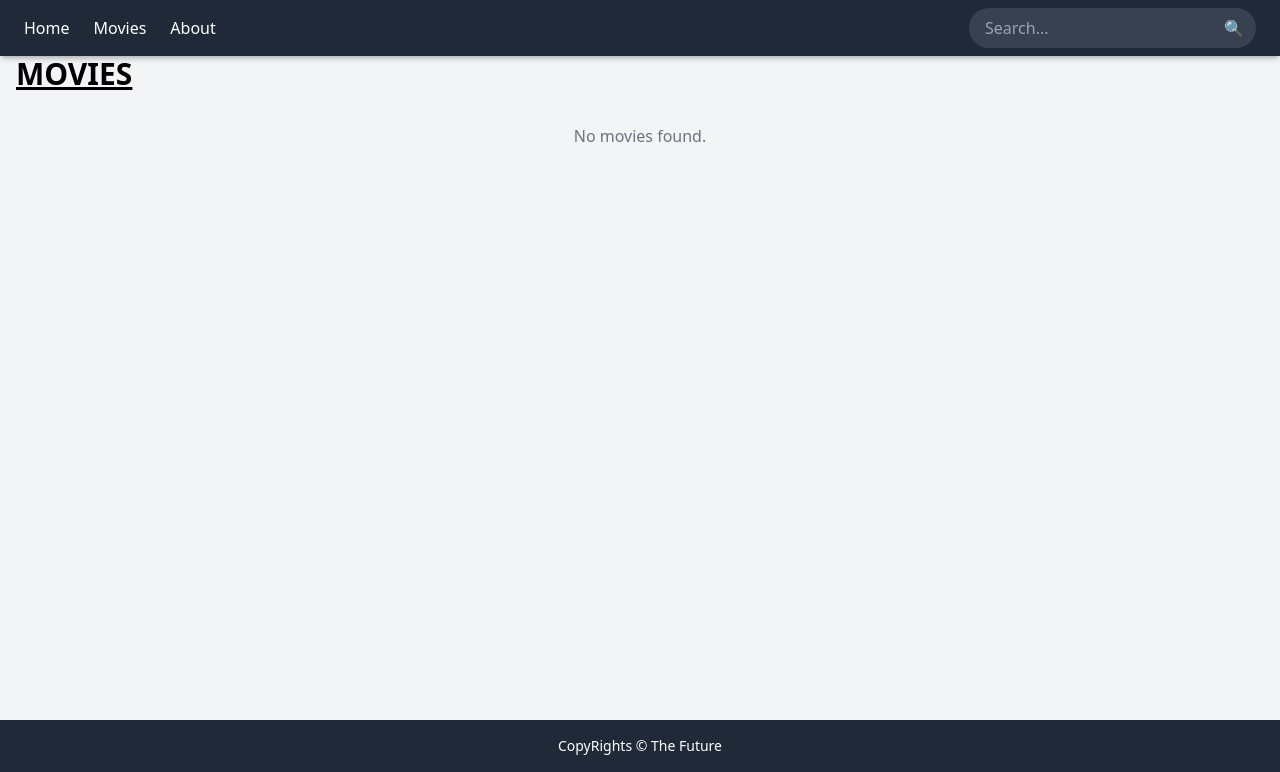
Repository: TheSecretlifeOfX/Movie-Rating
Page: /movies
An editor plug-in stored every save of this project. The page is shown before and after the next save, followed by the edit.
The browser window is 1280 px wide. The pictures show the whole page.
The page's requests for data from a server got no answer. The project was rebuilt for these pictures with package versions that can differ from the ones it lists, and the page was loaded fresh each time. The framework's server and built-in components were replaced by stand-ins that run in the browser. No one was signed in, and anything a server would have sent is missing. Also part of the build but not shown: next.config.ts.

Above is the page before, as saved 2024-11-30 10:09:33.

### app/layout.tsx
'use client';
// import type { Metadata } from "next";
import { metadata } from "./components/metadata";
import localFont from "next/font/local";
import "./globals.css";
import NavBar from "./components/NavBar";
import Footer from "./components/Footer";
import { useState } from "react";

const geistSans = localFont({
  src: "./fonts/GeistVF.woff",
  variable: "--font-geist-sans",
  weight: "100 900",
});
const geistMono = localFont({
  src: "./fonts/GeistMonoVF.woff",
  variable: "--font-geist-mono",
  weight: "100 900",
});

// export const metadata: Metadata = {
//   title: "Create Next App",
//   description: "Generated by create next app",
// };

export default function RootLayout({
  children,
}: Readonly<{
  children: React.ReactNode;
}>) {
  const [searchQuery, setSearchQuery] = useState(""); // State to hold the search query

  // Handle the search query change
  const handleSearch = (query: string) => {
    setSearchQuery(query);
    console.log("Search query:", query); // You can replace this with your actual search logic
  };

  return (
    <html lang="en">
      <body
        className={`${geistSans.variable} ${geistMono.variable} antialiased`}
      >
        <nav>
          {/* Pass the handleSearch function to NavBar */}
          <NavBar onSearch={handleSearch} />
        </nav>
        {children}
        <footer>
          <Footer />
        </footer>
      </body>
    </html>
  );
}

### app/movies/page.tsx
"use client";

import React, { useState, useEffect } from "react";
import NavBar from "../components/NavBar";

// Define the type for movie objects
interface Movie {
  id: string;
  title: string;
  year: string;
  poster: string;
}

export default function Page() {
  const [movies, setMovies] = useState<Movie[]>([]); // Movies state
  const [loading, setLoading] = useState(true); // Loading state
  const [query, setQuery] = useState("batman"); // Default search query
  const [page, setPage] = useState(1); // Current page state
  const [totalPages, setTotalPages] = useState(1); // Total pages available
  const API_KEY = "9fdf7fc087msh47597c2b0f97da9p1ae2cbjsn3dcc4a7f3a4b"; // RapidAPI key

  // Fetch movies based on the query and page
  useEffect(() => {
    async function fetchMovies() {
      setLoading(true); // Set loading state to true when fetching
      const url = `https://moviesdatabase.p.rapidapi.com/titles?`; // Replace with the correct parameter
      const options = {
        method: "GET",
        headers: {
          "x-rapidapi-key": API_KEY,
          "x-rapidapi-host": "moviesdatabase.p.rapidapi.com",
        },
      };

      try {
        const response = await fetch(url, options);
        const data = await response.json();

        if (data.results) {
          // Map the data to fit the `Movie` interface
          const formattedMovies = data.results.map((item: any) => ({
            id: item.id,
            title: item.titleText.text,
            year: item.releaseYear?.year || "N/A",
            poster:
              item.primaryImage?.url || "https://via.placeholder.com/300x400.png",
          }));

          setMovies(formattedMovies);

          // Update the total number of pages if available in the response
          setTotalPages(data.totalPages || 1);
        } else {
          console.error("Error fetching movies:", data.error);
          setMovies([]); // If no results, clear the movies state
        }
      } catch (error) {
        console.error("Error fetching movies:", error);
        setMovies([]); // If fetch fails, clear the movies state
      } finally {
        setLoading(false); // Set loading state to false when fetching is complete
      }
    }

    fetchMovies();
  }, [query, page]); // Run the effect when the query or page changes

  // Handle search term change
  const handleSearch = (newQuery: string) => {
    setQuery(newQuery); // Update the search query
    setPage(1); // Reset to the first page when a new query is made
  };

  // Handle pagination
  const handleNextPage = () => {
    if (page < totalPages) setPage((prev) => prev + 1);
  };

  const handlePreviousPage = () => {
    if (page > 1) setPage((prev) => prev - 1);
  };

  return (
    <div>
      {/* Navbar component */}
      <NavBar onSearch={handleSearch} />

      <main className="p-4 bg-gray-100 min-h-screen">
        <h1 className="text-3xl font-bold text-left underline mt-10 mb-8">
          MOVIES
        </h1>

        {loading ? (
          <p className="text-center text-gray-500">Loading movies...</p>
        ) : movies.length > 0 ? (
          <div>
            {/* Movies Grid */}
            <div className="grid grid-cols-1 md:grid-cols-2 lg:grid-cols-3 gap-6">
              {movies.map((movie) => (
                <div
                  key={movie.id}
                  className="bg-white shadow-md rounded-lg p-4"
                >
                  <img
                    src={movie.poster}
                    alt={movie.title}
                    className="w-full h-48 object-cover rounded-lg mb-4"
                  />
                  <h3 className="text-xl font-semibold mb-2">{movie.title}</h3>
                  <p className="text-gray-700 text-sm mb-4">Year: {movie.year}</p>
                </div>
              ))}
            </div>

            {/* Pagination Controls */}
            <div className="flex justify-center items-center mt-8 space-x-4">
              <button
                onClick={handlePreviousPage}
                disabled={page === 1}
                className={`px-4 py-2 rounded-full ${
                  page === 1
                    ? "bg-gray-300 text-gray-500 cursor-not-allowed"
                    : "bg-purple-500 text-white hover:bg-purple-700"
                }`}
              >
                Previous
              </button>
              <span className="text-gray-700">
                Page {page} of {totalPages}
              </span>
              <button
                onClick={handleNextPage}
                disabled={page === totalPages}
                className={`px-4 py-2 rounded-full ${
                  page === totalPages
                    ? "bg-gray-300 text-gray-500 cursor-not-allowed"
                    : "bg-purple-500 text-white hover:bg-purple-700"
                }`}
              >
                Next
              </button>
            </div>
          </div>
        ) : (
          <p className="text-center text-gray-500">No movies found.</p>
        )}
      </main>
    </div>
  );
}

### app/globals.css
@tailwind base;
@tailwind components;
@tailwind utilities;

/* Background Animation */
@keyframes move-background {
  0% {
    transform: translateX(0) translateY(0);
  }
  50% {
    transform: translateX(-10%) translateY(-10%);
  }
  100% {
    transform: translateX(0) translateY(0);
  }
}

.animate-move-background {
  background-size: 200% 200%;
  animation: move-background 15s infinite alternate linear;
}

/* Slideshow Animation */
@keyframes slide {
  0% {
    transform: translateX(0%);
  }
  33% {
    transform: translateX(-100%);
  }
  66% {
    transform: translateX(-200%);
  }
  100% {
    transform: translateX(0%);
  }
}

.animate-slide {
  animation: slide 10s infinite linear;
}

### app/components/NavBar.tsx
import React from 'react';
import Link from 'next/link'
export default function NavBar() {
  return (
    <nav className="fixed top-0 left-0 w-full bg-gray-800 text-white py-2 px-6 flex justify-between items-center z-50 shadow-md">
      {/* Left: Navigation Links */}
      <div className="flex space-x-6">
        <Link href="/" className="hover:text-gray-400">
          Home
        </Link>
        <Link href="/movies" className="hover:text-gray-400">
          Movies
        </Link>
        <a href="#about" className="hover:text-gray-400">
          About
        </a>
      </div>

      {/* Right: Search Bar */}
      <div className="relative">
        <input
          type="text"
          placeholder="Search..."
          className="pl-4 pr-10 py-2 bg-gray-700 text-white rounded-full outline-none focus:ring-2 focus:ring-purple-500"
        />
        <button
          type="button"
          className="absolute right-3 top-1/2 transform -translate-y-1/2 text-gray-400 hover:text-white"
        >
          🔍
        </button>
      </div>
    </nav>
  );
}

### app/components/Footer.tsx
import React from 'react';

export default function Footer() {
  return (
    <footer className="w-full bg-gray-800 text-white py-4 text-center z-50">
      <p className="text-sm">
        CopyRights © The Future
      </p>
    </footer>
  );
}

Loaded but not shown: tailwind.config.ts (common file)

After the next save:
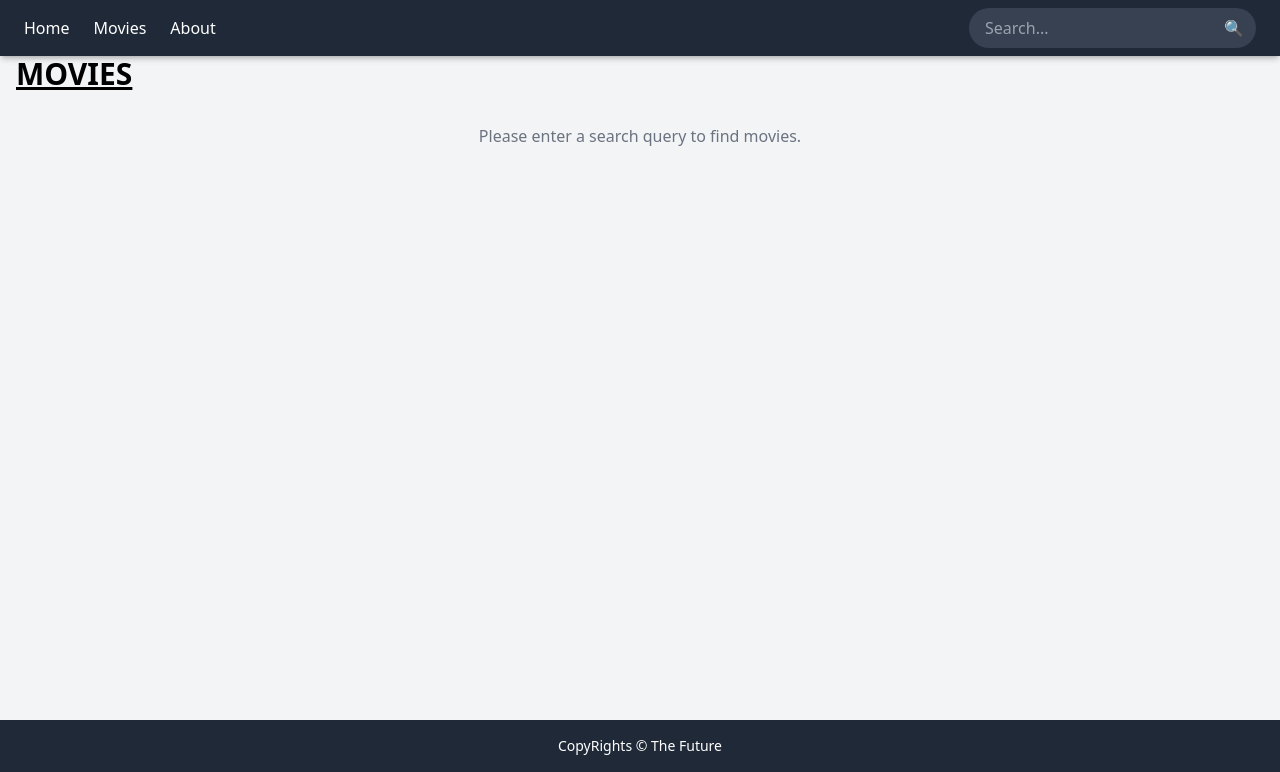
Saved 118 s later.
--- a/app/movies/page.tsx
+++ b/app/movies/page.tsx
@@ -13,17 +13,19 @@
 
 export default function Page() {
   const [movies, setMovies] = useState<Movie[]>([]); // Movies state
-  const [loading, setLoading] = useState(true); // Loading state
-  const [query, setQuery] = useState("batman"); // Default search query
+  const [loading, setLoading] = useState(false); // Loading state
+  const [query, setQuery] = useState(""); // No default search query
   const [page, setPage] = useState(1); // Current page state
   const [totalPages, setTotalPages] = useState(1); // Total pages available
   const API_KEY = "9fdf7fc087msh47597c2b0f97da9p1ae2cbjsn3dcc4a7f3a4b"; // RapidAPI key
 
   // Fetch movies based on the query and page
   useEffect(() => {
+    if (!query) return; // Prevent fetching if no query is set
+
     async function fetchMovies() {
       setLoading(true); // Set loading state to true when fetching
-      const url = `https://moviesdatabase.p.rapidapi.com/titles?`; // Replace with the correct parameter
+      const url = `https://moviesdatabase.p.rapidapi.com/titles?title=${query}&page=${page}`; // Replace with the correct parameter
       const options = {
         method: "GET",
         headers: {
@@ -141,8 +143,12 @@
               </button>
             </div>
           </div>
+        ) : query ? (
+          <p className="text-center text-gray-500">No movies found.</p>
         ) : (
-          <p className="text-center text-gray-500">No movies found.</p>
+          <p className="text-center text-gray-500">
+            Please enter a search query to find movies.
+          </p>
         )}
       </main>
     </div>

After the 2 saves that followed:
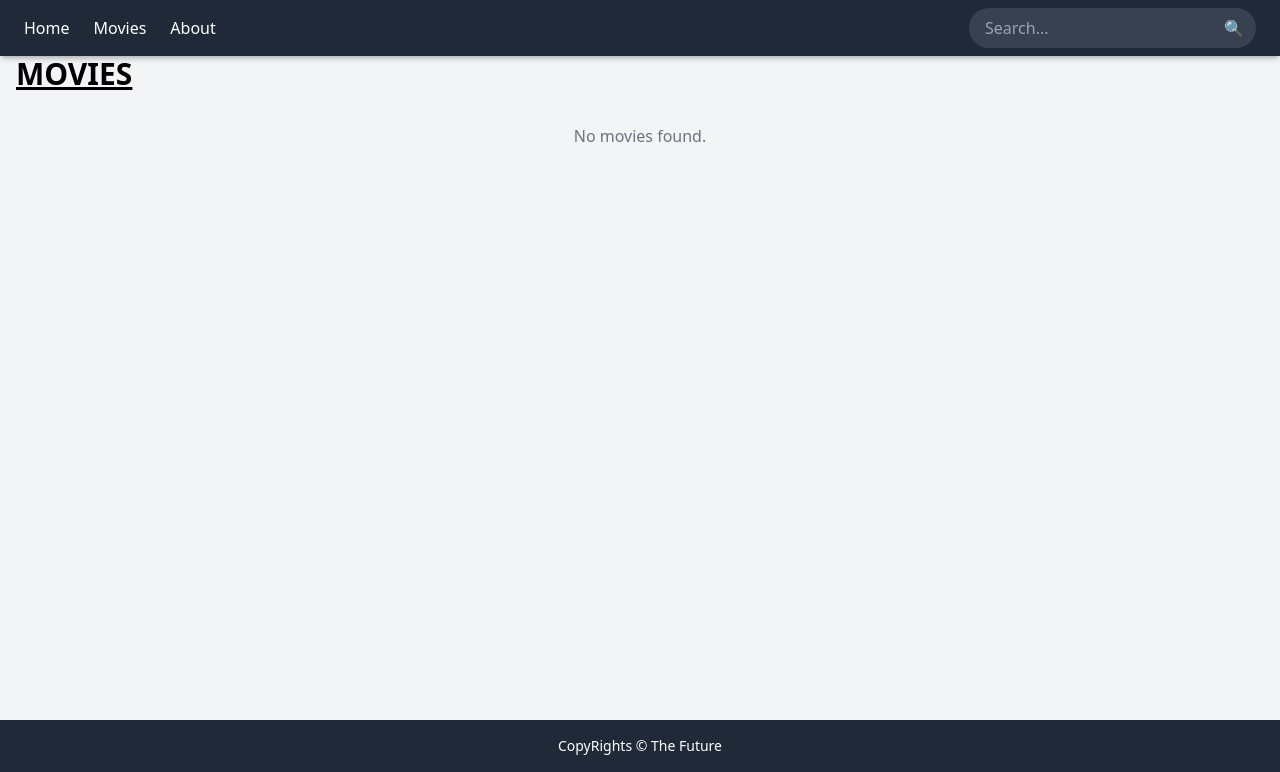
The 2 saves are shown as one change because 1 left the picture as it was.
The last was saved 3 min 39 s later.
--- a/app/movies/page.tsx
+++ b/app/movies/page.tsx
@@ -13,19 +13,17 @@
 
 export default function Page() {
   const [movies, setMovies] = useState<Movie[]>([]); // Movies state
-  const [loading, setLoading] = useState(false); // Loading state
-  const [query, setQuery] = useState(""); // No default search query
+  const [loading, setLoading] = useState(true); // Loading state
+  const [query, setQuery] = useState("popular"); // Default search query
   const [page, setPage] = useState(1); // Current page state
   const [totalPages, setTotalPages] = useState(1); // Total pages available
   const API_KEY = "9fdf7fc087msh47597c2b0f97da9p1ae2cbjsn3dcc4a7f3a4b"; // RapidAPI key
 
   // Fetch movies based on the query and page
   useEffect(() => {
-    if (!query) return; // Prevent fetching if no query is set
-
     async function fetchMovies() {
       setLoading(true); // Set loading state to true when fetching
-      const url = `https://moviesdatabase.p.rapidapi.com/titles?title=${query}&page=${page}`; // Replace with the correct parameter
+      const url = `https://moviesdatabase.p.rapidapi.com/titles?title=${query}&page=${page}`;
       const options = {
         method: "GET",
         headers: {
@@ -143,12 +141,8 @@
               </button>
             </div>
           </div>
-        ) : query ? (
+        ) : (
           <p className="text-center text-gray-500">No movies found.</p>
-        ) : (
-          <p className="text-center text-gray-500">
-            Please enter a search query to find movies.
-          </p>
         )}
       </main>
     </div>
